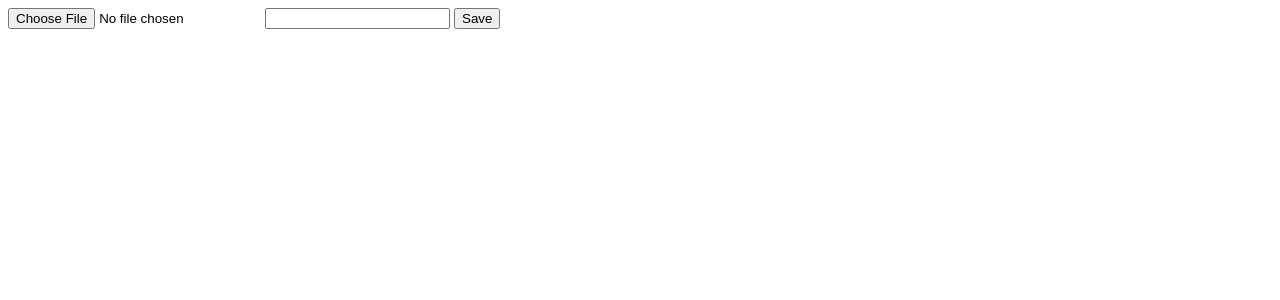
Repository: FS-23/smart-librairy
Page: http://localhost/file
The author's editor kept a copy of each file at every save. The page is drawn from the files as they stood at one save, then again after the next save.
The browser window is 1280 px wide. The pictures show the whole page.
The page is served by the project's Laravel application, run on PHP 8.4 with Laravel 9.

Above is the page before, as saved 2022-06-10 11:45:47.

After the next save:
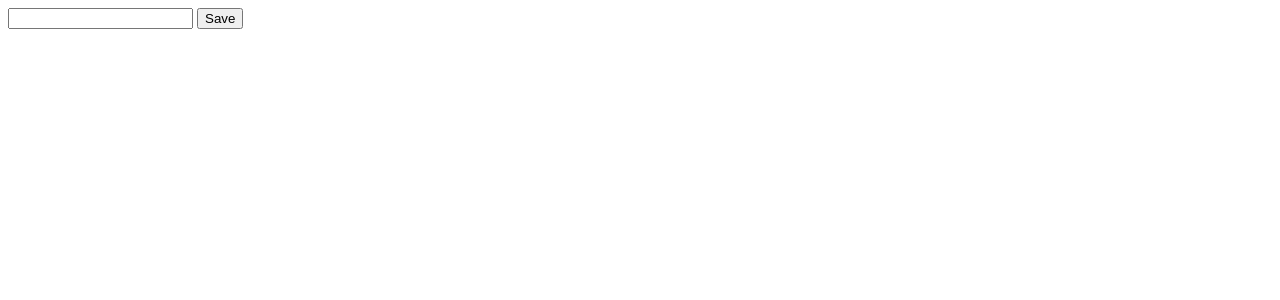
Saved 56 s later.
--- a/resources/views/file.blade.php
+++ b/resources/views/file.blade.php
@@ -1,5 +1,5 @@
-<form action="/file/store" method="POST" enctype="multipart/form-data">
-      <input type="file" name="file">
+<form action="/file/store" method="POST">
+
       <input type="text" name="name">
 
       <button>Save</button>

After the save that followed:
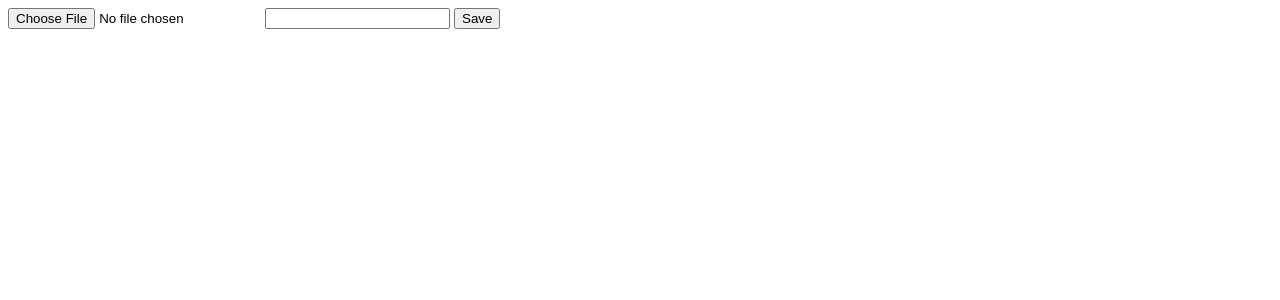
Saved 54 s later.
--- a/resources/views/file.blade.php
+++ b/resources/views/file.blade.php
@@ -1,5 +1,5 @@
 <form action="/file/store" method="POST">
-
+      <input type="file" name="file">
       <input type="text" name="name">
 
       <button>Save</button>
